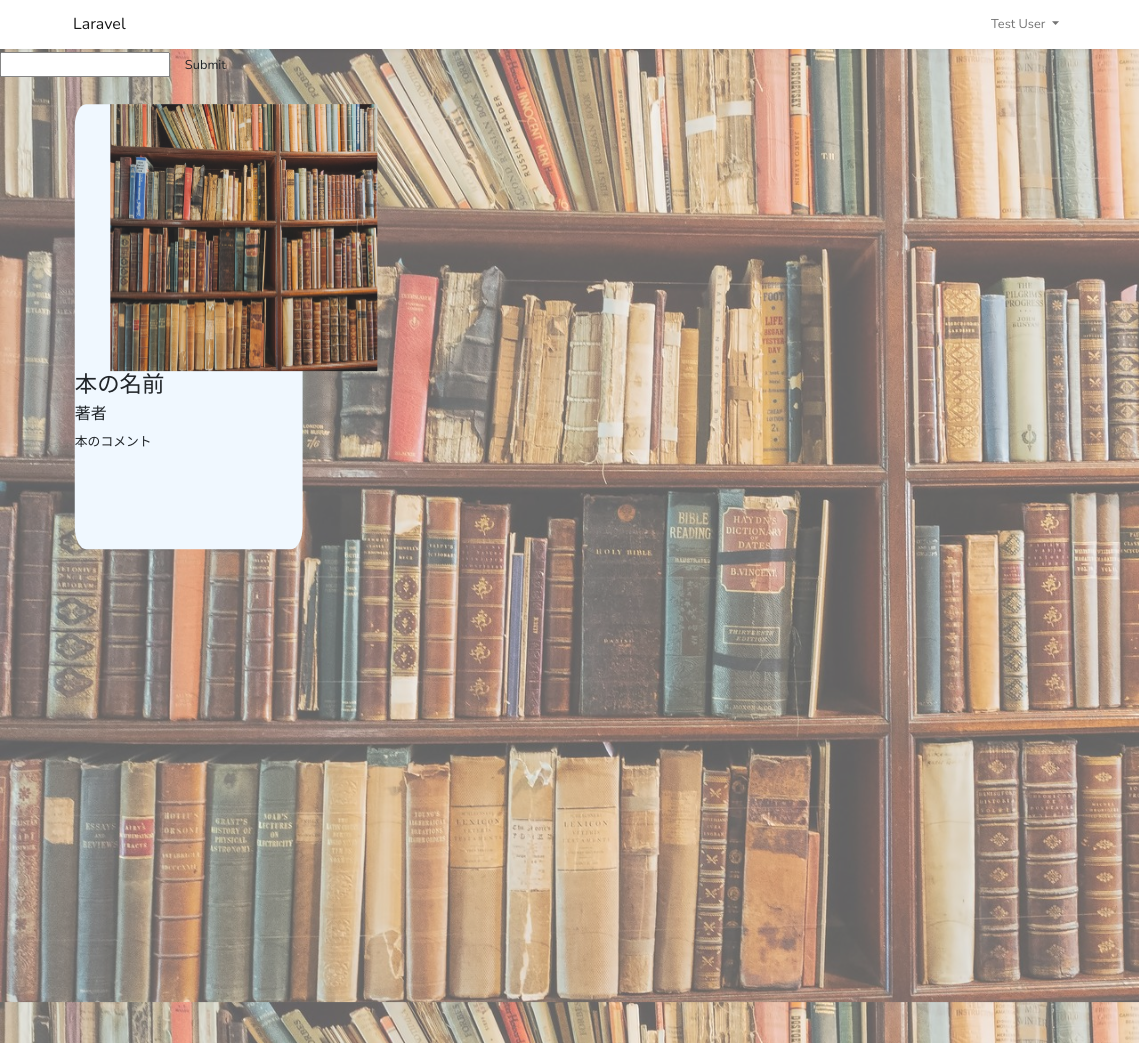
Repository: yamamotoryota1998/Bookreminder
Page: http://localhost/home
These files come from the project's save history. The page is drawn as it stood at one moment and after the next save; the edit follows.
The browser window is 1280 px wide. The pictures show the whole page, at 89% of full size.
The page is served by the project's Laravel application, run on PHP 8.4 with Laravel 9. A made-up administrator, Test User (test@example.com), is signed in. Other server files are loaded and not shown. Style sheets and scripts are compiled from the project's sources, by tool versions that may differ from the author's.

Above is the page before, as saved 2023-04-07 17:56:22.

### routes/web.php
<?php

use Illuminate\Support\Facades\Route;

/*
|--------------------------------------------------------------------------
| Web Routes
|--------------------------------------------------------------------------
|
| Here is where you can register web routes for your application. These
| routes are loaded by the RouteServiceProvider within a group which
| contains the "web" middleware group. Now create something great!
|
*/

Route::get('/', function () {
    return view('/home');
});

Auth::routes();

Route::get('/home', [App\Http\Controllers\HomeController::class, 'index'])->name('home');

### resources/views/home.blade.php
@extends('layouts.app')

@section('content')
<div class="wrapper-all" >
    <form action="result" method="post">
        @csrf
        <input class="text" type="text" name="book" size="20"/>
        <input class="btn" type="submit" value="Submit"/>
        </form>
    <div class="wrapper-contents">
        <div class="contents">
            <img src="/public/img/本棚.jpg" class="book-img">
            <h3 class="book-name">本の名前</h3>
            <h5 class="book-artist">著者</h5>
            <p class="book-comment">本のコメント</p>
        </div>
    </div>
</div>
@endsection

### resources/views/layouts/app.blade.php
<!doctype html>
<html lang="{{ str_replace('_', '-', app()->getLocale()) }}">
<head>
    <meta charset="utf-8">
    <meta name="viewport" content="width=device-width, initial-scale=1">

    <!-- CSRF Token -->
    <meta name="csrf-token" content="{{ csrf_token() }}">

    <title>{{ config('app.name', 'Laravel') }}</title>

    <!-- Fonts -->
    <link rel="dns-prefetch" href="//fonts.gstatic.com">
    <link href="https://fonts.bunny.net/css?family=Nunito" rel="stylesheet">
    <link href="{{asset('/style.css')}}" rel="stylesheet">
    <!-- Scripts -->
    @vite(['resources/sass/app.scss', 'resources/js/app.js'])
</head>
<body>
    <div id="app">
        <nav class="navbar navbar-expand-md navbar-light bg-white shadow-sm">
            <div class="container">
                <a class="navbar-brand" href="{{ url('/') }}">
                    {{ config('app.name', 'Laravel') }}
                </a>
                <button class="navbar-toggler" type="button" data-bs-toggle="collapse" data-bs-target="#navbarSupportedContent" aria-controls="navbarSupportedContent" aria-expanded="false" aria-label="{{ __('Toggle navigation') }}">
                    <span class="navbar-toggler-icon"></span>
                </button>

                <div class="collapse navbar-collapse" id="navbarSupportedContent">
                    <!-- Left Side Of Navbar -->
                    <ul class="navbar-nav me-auto">

                    </ul>

                    <!-- Right Side Of Navbar -->
                    <ul class="navbar-nav ms-auto">
                        <!-- Authentication Links -->
                        @guest
                            @if (Route::has('login'))
                                <li class="nav-item">
                                    <a class="nav-link" href="{{ route('login') }}">{{ __('Login') }}</a>
                                </li>
                            @endif

                            @if (Route::has('register'))
                                <li class="nav-item">
                                    <a class="nav-link" href="{{ route('register') }}">{{ __('Register') }}</a>
                                </li>
                            @endif
                        @else
                            <li class="nav-item dropdown">
                                <a id="navbarDropdown" class="nav-link dropdown-toggle" href="#" role="button" data-bs-toggle="dropdown" aria-haspopup="true" aria-expanded="false" v-pre>
                                    {{ Auth::user()->name }}
                                </a>

                                <div class="dropdown-menu dropdown-menu-end" aria-labelledby="navbarDropdown">
                                    <a class="dropdown-item" href="{{ route('logout') }}"
                                       onclick="event.preventDefault();
                                                     document.getElementById('logout-form').submit();">
                                        {{ __('Logout') }}
                                    </a>

                                    <form id="logout-form" action="{{ route('logout') }}" method="POST" class="d-none">
                                        @csrf
                                    </form>
                                </div>
                            </li>
                        @endguest
                    </ul>
                </div>
            </div>
        </nav>
            @yield('content')
        </main>
    </div>
</body>
</html>

### public/style.css

.wrapper-all{
    width: 100%;
    height: 100%;
    background-image: url(img/本棚.jpg);
    background-color:rgba(255,255,255,0.3);
    background-blend-mode:lighten;
}
.wrapper-contents{
    width: 90%;
    height: 1080px;
    margin-left: auto;
    margin-right: auto;
    /* background-color: aqua; */
}
.contents{
    margin-top: 25px;
    margin-left: 20px;
    margin-right: 20px;
    width: 20%;
    height: 500px ;
    position:absolute;
    background-color: aliceblue;
    border-radius: 5%;
}
.book-img{
    width: 300px;
    height: 300px;
    position: relative;
    left: 40px;
}
a.btn_04 {
	display: block;
	text-align: center;
	vertical-align: middle;
	text-decoration: none;
	width: 120px;
	margin: auto;
	padding: 1rem 4rem;
	font-weight: bold;
	border: 2px solid #27acd9;
	background: #27acd9;
	color: #fff;
	border-radius: 100vh;
	transition: 0.5s;
}
a.btn_04:hover {
	color: #27acd9;
	background: #fff;
}

Loaded but not shown: app/Http/Controllers/Auth/ConfirmPasswordController.php (common file); app/Http/Controllers/Controller.php (common file); app/Models/User.php (common file); app/Http/Controllers/HomeController.php (common file); resources/sass/app.scss (common file); resources/sass/_variables.scss (common file)

After the next save:
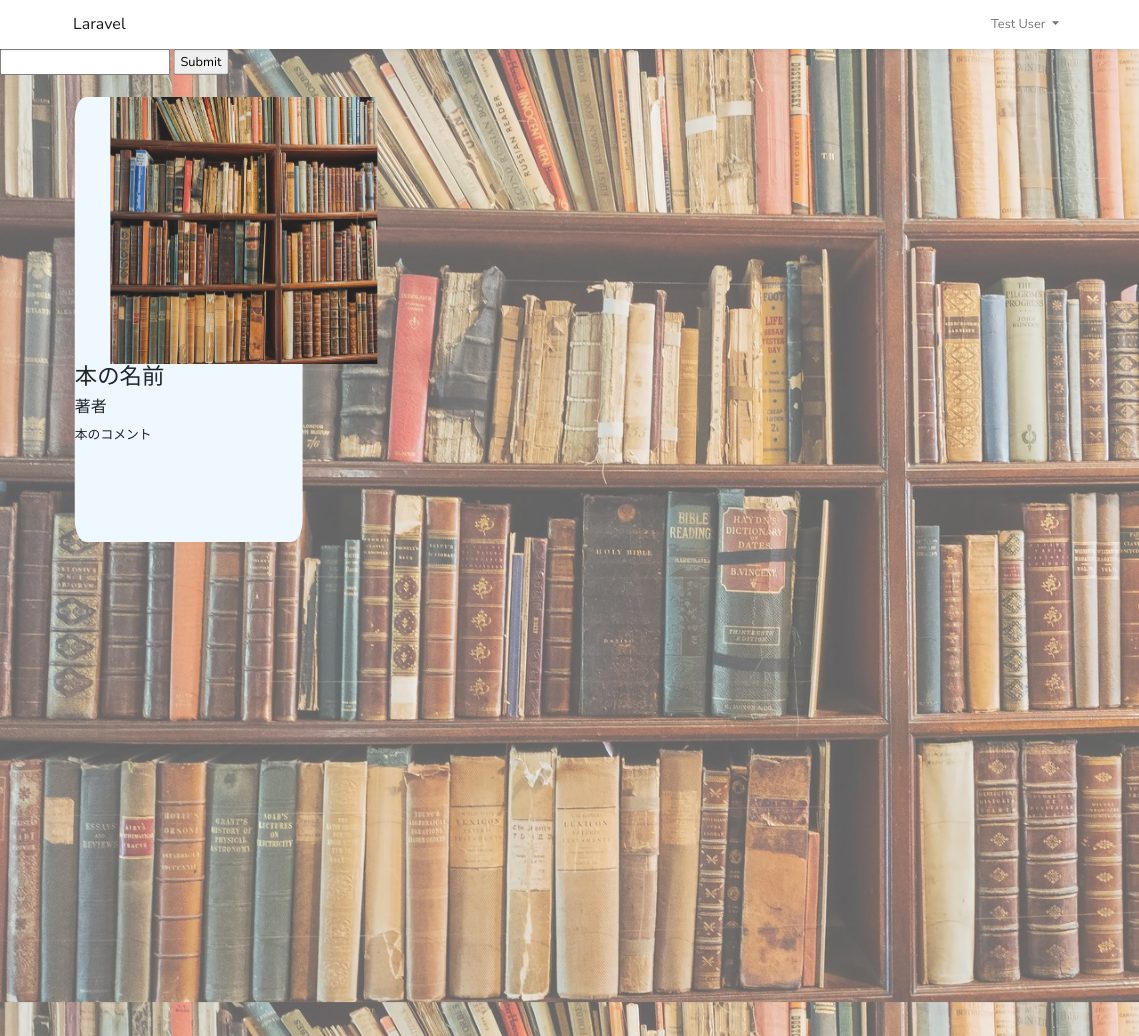
Saved 7 s later.
--- a/resources/views/home.blade.php
+++ b/resources/views/home.blade.php
@@ -5,7 +5,7 @@
     <form action="result" method="post">
         @csrf
         <input class="text" type="text" name="book" size="20"/>
-        <input class="btn" type="submit" value="Submit"/>
+        <input  type="submit" value="Submit"/>
         </form>
     <div class="wrapper-contents">
         <div class="contents">
